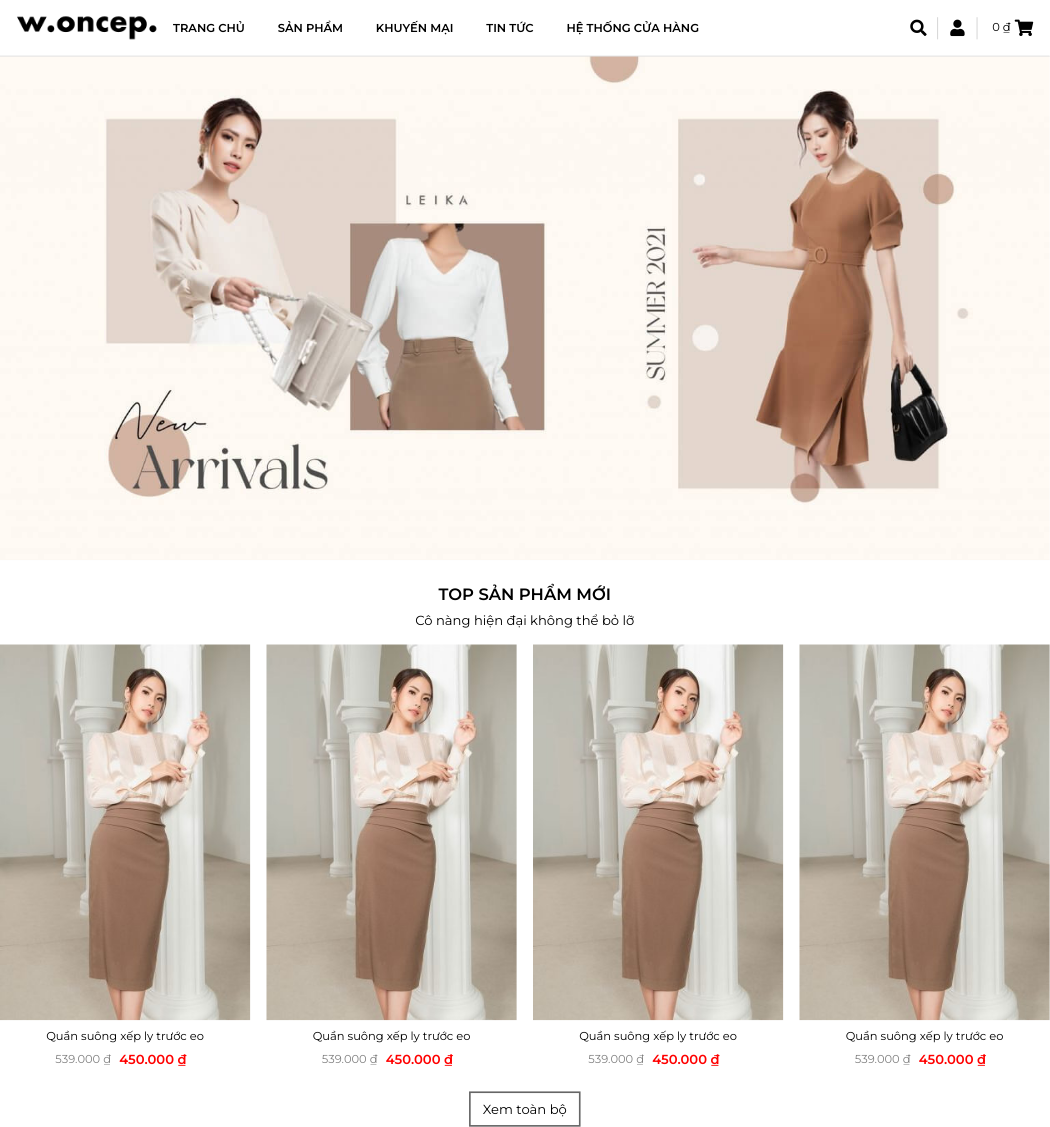
Repository: Nguyenductuan-dev/bt_j2team
Page: index.html
An editor plug-in stored every save of this project. The page is shown before and after the next save, followed by the edit.
The browser window is 1280 px wide. The pictures show the whole page, at 82% of full size.

Above is the page before, as saved 2021-12-12 15:10:13.

### index.html
<!DOCTYPE html>
<html lang="en">
<head>
    <meta charset="UTF-8">
    <meta http-equiv="X-UA-Compatible" content="IE=edge">
    <meta name="viewport" content="width=device-width, initial-scale=1.0">
    <link rel="stylesheet" href="css/style.css">
    <link rel="stylesheet" href="./fonts/fontawesome-free-5.15.3-web/css/all.min.css">

    <link rel="preconnect" href="https://fonts.googleapis.com">
    <link rel="preconnect" href="https://fonts.gstatic.com" crossorigin>
    <link href="https://fonts.googleapis.com/css2?family=Montserrat:ital,wght@0,200;0,300;0,400;0,500;0,600;0,700;1,600&display=swap" rel="stylesheet">
    <title>Document</title>
</head>
<body>

    <div class="wrapper">

        <!-- HEADER -->
        <div class="header">

            <div class="header__logo">
                <a class="header__logo_link" href="">
                    <img class="header__logo_img" src="./images/logo.png" alt="">
                </a>
            </div>

            <nav class="header__navbar">
                <ul class="header__navbar_list">
                    <li class="header__navbar_item">
                        <a href="" class="header__navbar_link">Trang chủ</a>
                    </li>
                    <li class="header__navbar_item">
                        <a href="" class="header__navbar_link">Sản phẩm</a>
                    </li>
                    <li class="header__navbar_item">
                        <a href="" class="header__navbar_link">Khuyến mại</a>
                    </li>
                    <li class="header__navbar_item">
                        <a href="" class="header__navbar_link">Tin tức</a>
                    </li>
                    <li class="header__navbar_item">
                        <a href="" class="header__navbar_link">hệ thống cửa hàng</a>
                    </li>
                </ul>
            </nav>

            <div class="header__right">
                <div class="header__search">
                    <i class="fas fa-search header__search-icon"></i>
                </div>

                <div class="header__user">
                    <i class="fas fa-user header__user-icon"></i>
                </div>

                <div class="header__cart">
                    <div class="header__cart_price">
                        0 ₫
                    </div>
                    <div class="header__cart">
                        <i class="fas fa-shopping-cart header__cart_icon"></i>
                    </div>
                </div>
            </div>

        </div>

        <!-- CONTAINER -->
        <div class="container">

            <div class="banner">
                <div class="banner__link">
                    <img src="./images/banner.jpg" alt="" class="banner__img">
                </div>
            </div>

            <div class="home__product">
                <div class="home__product-heading">
                    <h3 class="home__product-heading-title">
                        TOP SẢN PHẨM MỚI
                    </h3>
                    <p class="home__product-heading-description">
                        Cô nàng hiện đại không thể bỏ lỡ
                    </p>
                </div>
                <div class="home__product-list">
                    <div class="home__product-item">
                        <a href="" class="home__product-item__link">
                            <img src="./images/product1.jpg" alt="" class="home__product-item__img">
                        </a>

                        <a href="">
                            <h3 class="home__product-item__title">
                                Quần suông xếp ly trước eo
                            </h3>
                        </a>
                        <div class="home__product-item__price">
                            <span class="home-product-item__price-old">539.000 ₫</span>
                            <span class="home-product-item__price-current">450.000 ₫</span>
                        </div>

                    </div>
                    <div class="home__product-item">
                        <a href="" class="home__product-item__link">
                            <img src="./images/product1.jpg" alt="" class="home__product-item__img">
                        </a>

                        <a href="">
                            <h3 class="home__product-item__title">
                                Quần suông xếp ly trước eo
                            </h3>
                        </a>
                        <div class="home__product-item__price">
                            <span class="home-product-item__price-old">539.000 ₫</span>
                            <span class="home-product-item__price-current">450.000 ₫</span>
                        </div>

                    </div>
                    <div class="home__product-item">
                        <a href="" class="home__product-item__link">
                            <img src="./images/product1.jpg" alt="" class="home__product-item__img">
                        </a>

                        <a href="">
                            <h3 class="home__product-item__title">
                                Quần suông xếp ly trước eo
                            </h3>
                        </a>
                        <div class="home__product-item__price">
                            <span class="home-product-item__price-old">539.000 ₫</span>
                            <span class="home-product-item__price-current">450.000 ₫</span>
                        </div>

                    </div>
                    <div class="home__product-item">
                        <a href="" class="home__product-item__link">
                            <img src="./images/product1.jpg" alt="" class="home__product-item__img">
                        </a>

                        <a href="">
                            <h3 class="home__product-item__title">
                                Quần suông xếp ly trước eo
                            </h3>
                        </a>
                        <div class="home__product-item__price">
                            <span class="home-product-item__price-old">539.000 ₫</span>
                            <span class="home-product-item__price-current">450.000 ₫</span>
                        </div>

                    </div>
                </div>

                <div class="home__product-total">
                    <a href="" class="home__product-total-link">Xem toàn bộ</a>
                </div>
            </div>

        </div>

    </div>

    <script src="javascript/main.js"></script>
</body>
</html>

### css/style.css
* {
    margin: 0;
    padding: 0;
    box-sizing: border-box;
    outline: 0;
}

img {
    display: block;
    max-width: 100%;
}

a {
    text-decoration: none;
    color: inherit;
}

h1, h2, h3, h4, h5, h6 {
    font-size: 14px;
    font-weight: 400;
}

p, ul {
    margin: 0;
    padding: 0;
}

body {
    font-family: "Montserrat", sans-serif;
    font-weight: 400;
    font-size: 14px;
}


.header {
    display: flex;
    justify-content: space-between;
    align-items: center;
    padding: 20px;
    flex-wrap: wrap;
    border-bottom: 1px solid #ccc;
}
.header__navbar {
    flex: 1;
}

.header__navbar_list {
    display: flex;
    list-style: none;
    font-size: 14px;
    text-transform: uppercase;
    font-weight: 600;
}
.header__navbar_item {
    padding: 0 20px;
}

.header__right {
    display: flex;
    justify-content: space-between;
    flex-wrap: wrap;
    width: 150px;
    align-items: center;
}

.header__search-icon,
.header__user-icon,
.header__cart_icon{
    font-size: 20px;
    font-weight: 300;
}
.header__cart {
    display: flex;
    justify-content: space-between;

}
.header__user {
    padding: 3px 15px;
    border-left: 1px solid #ccc;
    border-right: 1px solid #ccc;

}
.header__cart_price {
    padding: 0 5px;
    font-size: 14px;
}

/* CONTAINER */
.home__product {
    margin-top: 30px;
}
.home__product-heading {
    text-align: center;
}
.home__product-heading-title {
    font-size: 20px;
    font-weight: 600;
    text-transform: uppercase;
    margin-bottom: 10px;
}

.home__product-heading-description {
    font-size: 16px;
}

.home__product-list {
    margin-top:  20px;
    display: grid;
    grid-template-columns: 1fr 1fr 1fr 1fr;
    grid-gap: 20px;
}

.home__product-item__img {
    width: 100%;
    margin-bottom: 10px;
}
.home__product-item__title {
    font-size: 14px;
    text-align: center;
    margin-bottom: 10px;
}

.home__product-item__price {
    display: flex;
    justify-content: center;
}
.home-product-item__price-old {
    font-size: 14px;
    color: gray;
}
.home-product-item__price-current {
    font-size: 16px;
    color: red;
    font-weight: 600;
    padding: 0 10px;
}
.home__product-total {
    margin-top: 30px;
    text-align: center;
}
.home__product-total-link {
    display: inline-block;
    font-size: 16px;
    padding: 10px 15px;
    border: 2px solid #666;
}

Loaded but not shown: fonts/fontawesome-free-5.15.3-web/css/all.min.css (library); javascript/main.js (no stored copy; drawn as an empty file)

After the next save:
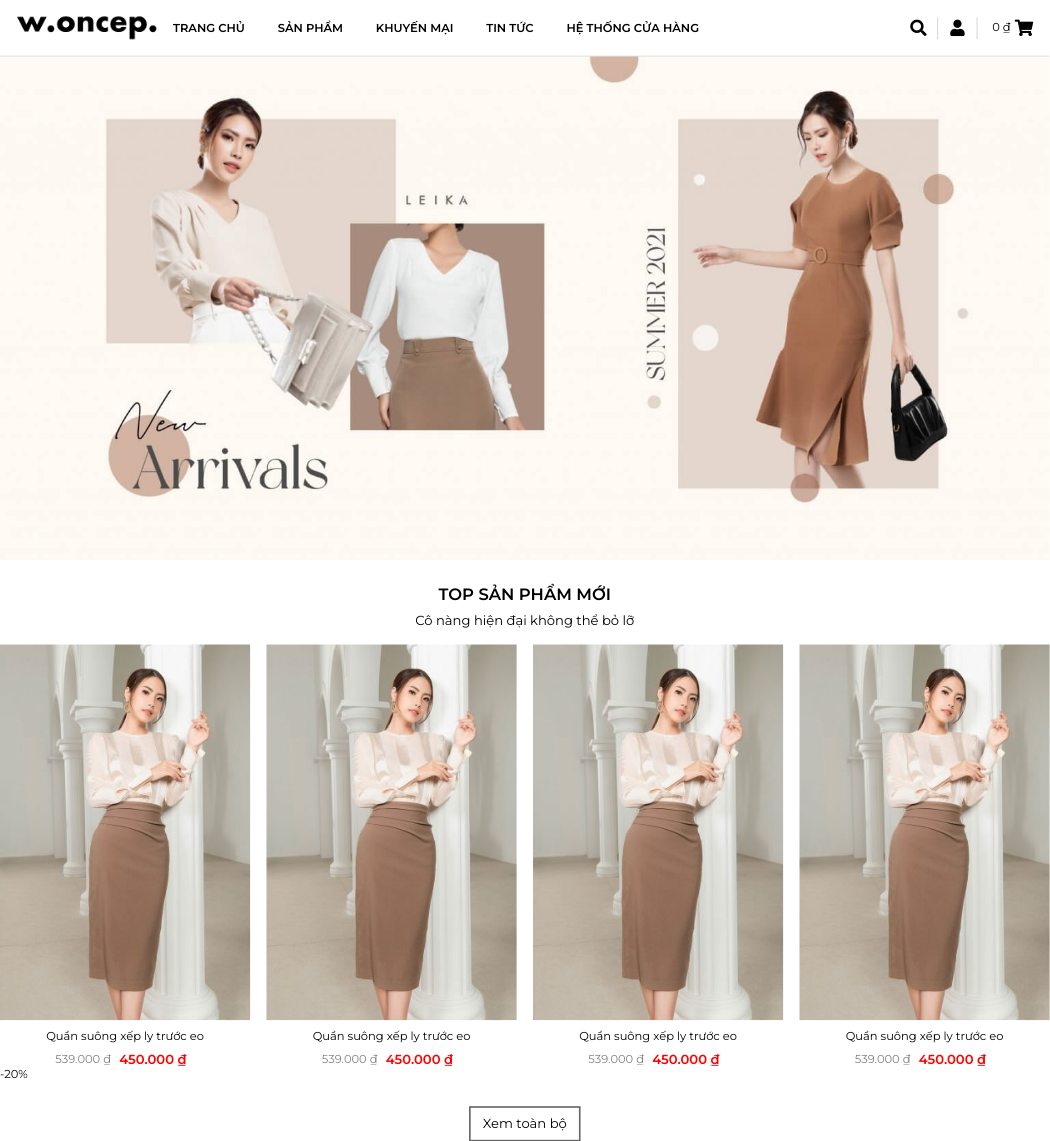
Saved 14 min 1 s later.
--- a/index.html
+++ b/index.html
@@ -99,6 +99,9 @@
                             <span class="home-product-item__price-old">539.000 ₫</span>
                             <span class="home-product-item__price-current">450.000 ₫</span>
                         </div>
+                        <div class="home-product-item__sale-off">
+                            <span>-20%</span>
+                        </div>
 
                     </div>
                     <div class="home__product-item">
